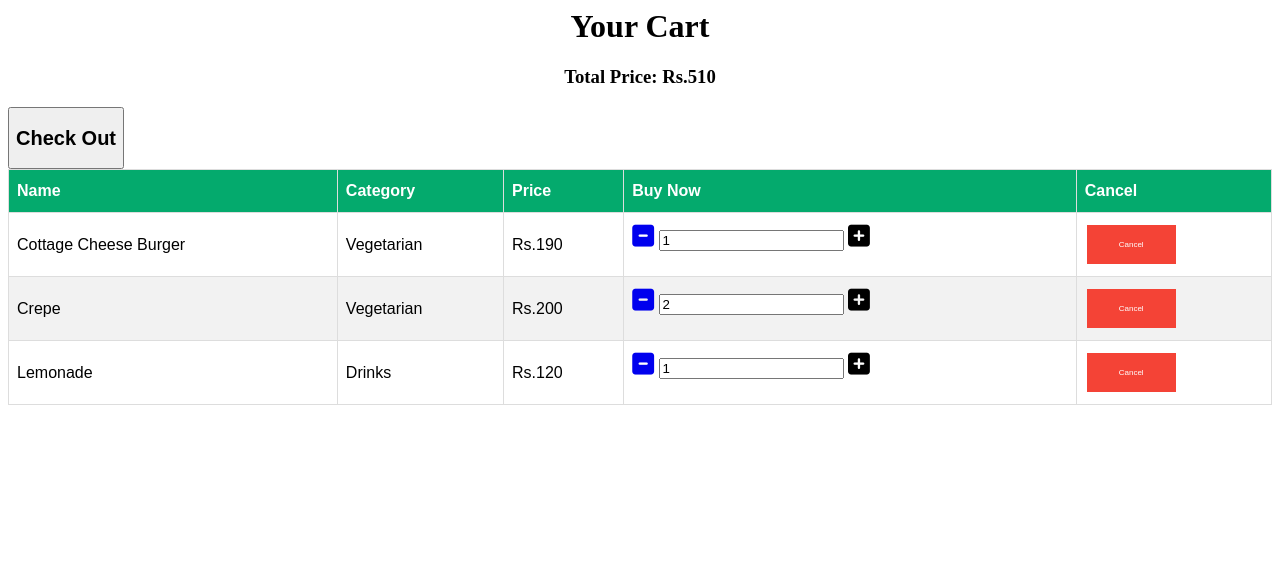
Repository: Shreya200012/FoodBox
Page: http://localhost/foodWeb/cart.jsp
An editor plug-in stored every save of this project. The page is shown before and after the next save, followed by the edit.
The browser window is 1280 px wide. The pictures show the whole page.
Some web libraries are served in a nearby version. The page is served by Tomcat 9. Other server files are loaded and not shown.

Above is the page before, as saved 2022-06-14 17:25:55.

### foodWeb/src/main/webapp/cart.jsp
<%@ page language="java" contentType="text/html; charset=ISO-8859-1"
    pageEncoding="ISO-8859-1"%>
<link rel="stylesheet" href="https://cdnjs.cloudflare.com/ajax/libs/font-awesome/6.1.1/css/all.min.css" />
<!DOCTYPE html>
<html>
<head>
<title>Cart Page</title>
<style>
#customers {
  font-family: Arial, Helvetica, sans-serif;
  border-collapse: collapse;
  width: 100%;
}

#customers td, #customers th {
  border: 1px solid #ddd;
  padding: 8px;
}

#customers tr:nth-child(even){background-color: #f2f2f2;}

#customers tr:hover {background-color: #ddd;}

#customers th {
  padding-top: 12px;
  padding-bottom: 12px;
  text-align: left;
  background-color: #04AA6D;
  color: white;
}
.button {
  background-color: #4CAF50; /* Green */
  border: none;
  color: white;
  padding: 15px 32px;
  text-align: center;
  text-decoration: none;
  display: inline-block;
  font-size: 8px;
  margin: 4px 2px;
  cursor: pointer;
}
.button3 {background-color: #f44336;} /* Red */
.btn-incre {
box-shadow:none;
font-size:25px;
}
.btn-decre{
box-shadow:none;
font-size:25px;
}

</style>
</head>
<body>
<script>
function myFunction() {
	  alert("Hello! I am an alert box!");
	}
</script>
<div class="container">
<div class="d-flex py-3">
<h1 align="center">Your Cart</h1>
<h3 align="center">Total Price: Rs.510</h3>

<a class="mx-3 btn btn-primary" href="#" align="center"><button onClick="myFunction()"><h2>Check Out</h2></button></a>
</div>
<table id="customers">
<thead>
<tr>
<th scope="col">Name</th>
<th scope="col">Category</th>
<th scope="col">Price</th>
<th scope="col">Buy Now</th>
<th scope="col">Cancel</th>
</tr>
</thead>
<tbody>
<tr>
<td>Cottage Cheese Burger</td>
<td>Vegetarian</td>
<td>Rs.190</td>
<td>
<form action="" method="post" class="form-inline">
<input type="hidden" name="id" value="1" class="form-input">
<div class="form-group d-flex justify-content-between">
<a class="btn btn-sm btn-decre" href=" "><i class="fas fa-minus-square"></i></a>
<input type="text" name="quantity" class="form-control" value="1" readonly>
<a class="btn btn-sm btn-incre"><i class="fas fa-plus-square"></i></a>
</td>
<td>
<button class="button button3">Cancel</button>
</td>


</div>

</form>
</tr>
<tr>
<td>Crepe</td>
<td>Vegetarian</td>
<td>Rs.200</td>
<td>
<form action="" method="post" class="form-inline">
<input type="hidden" name="id" value="1" class="form-input">
<div class="form-group d-flex justify-content-between">
<a class="btn btn-sm btn-decre" href=" "><i class="fas fa-minus-square"></i></a>
<input type="text" name="quantity" class="form-control" value="2" readonly>
<a class="btn btn-sm btn-incre"><i class="fas fa-plus-square"></i></a>
</td>
<td>
<button class="button button3">Cancel</button>
</td>


</div>

</form>
</tr>
<tr>
<td>Lemonade</td>
<td>Drinks</td>
<td>Rs.120</td>
<td>
<form action="" method="post" class="form-inline">
<input type="hidden" name="id" value="1" class="form-input">
<div class="form-group d-flex justify-content-between">
<a class="btn btn-sm btn-decre" href=" "><i class="fas fa-minus-square"></i></a>
<input type="text" name="quantity" class="form-control" value="1" readonly>
<a class="btn btn-sm btn-incre"><i class="fas fa-plus-square"></i></a>
</td>
<td>
<button class="button button3">Cancel</button>
</td>


</div>

</form>
</tr>


</tbody>
</table>

</div>



</body>

After the next save:
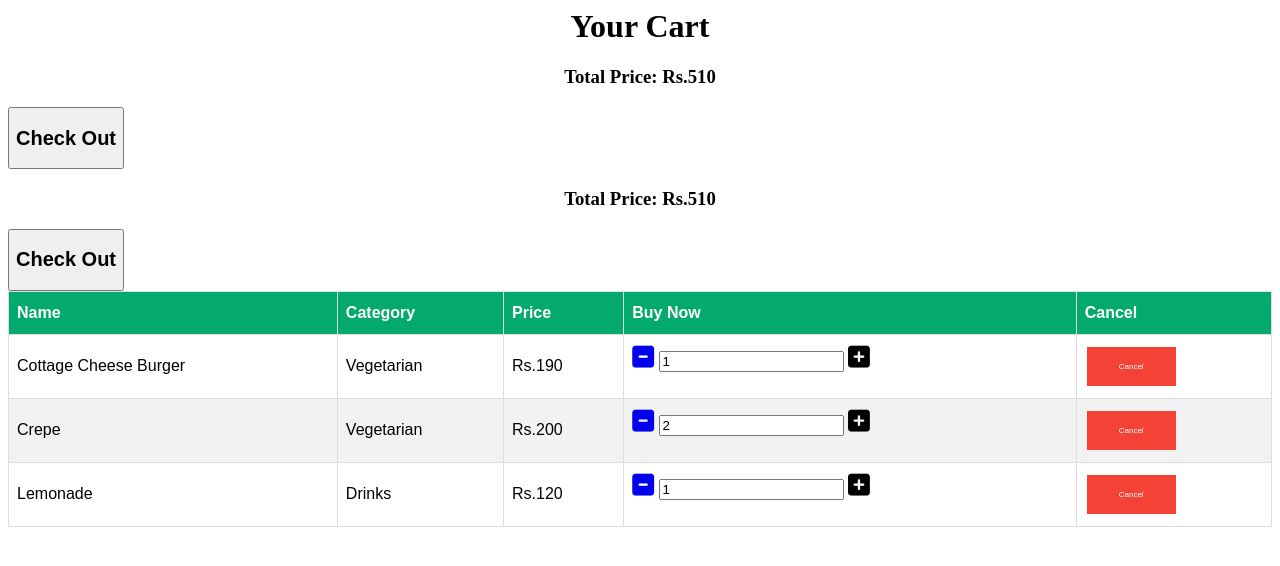
Saved 45 s later.
--- a/foodWeb/src/main/webapp/cart.jsp
+++ b/foodWeb/src/main/webapp/cart.jsp
@@ -112,7 +112,9 @@
 <td>
 <button class="button button3">Cancel</button>
 </td>
+<h3 align="center">Total Price: Rs.510</h3>
 
+<a class="mx-3 btn btn-primary" href="#" align="center"><button onClick="myFunction()"><h2>Check Out</h2></button></a>
 
 </div>
 
@@ -144,6 +146,7 @@
 </tbody>
 </table>
 
+
 </div>
 
 

After the save that followed:
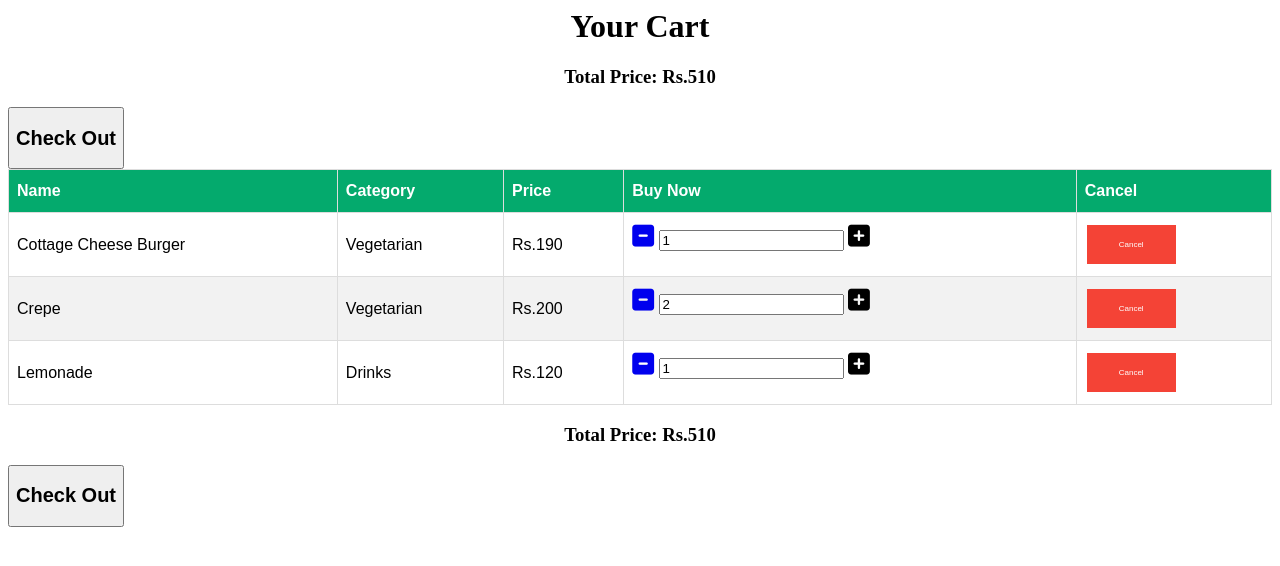
Saved 26 s later.
--- a/foodWeb/src/main/webapp/cart.jsp
+++ b/foodWeb/src/main/webapp/cart.jsp
@@ -112,9 +112,6 @@
 <td>
 <button class="button button3">Cancel</button>
 </td>
-<h3 align="center">Total Price: Rs.510</h3>
-
-<a class="mx-3 btn btn-primary" href="#" align="center"><button onClick="myFunction()"><h2>Check Out</h2></button></a>
 
 </div>
 
@@ -146,7 +143,9 @@
 </tbody>
 </table>
 
+<h3 align="center">Total Price: Rs.510</h3>
 
+<a class="mx-3 btn btn-primary" href="#" align="center"><button onClick="myFunction()"><h2>Check Out</h2></button></a>
 </div>
 
 
